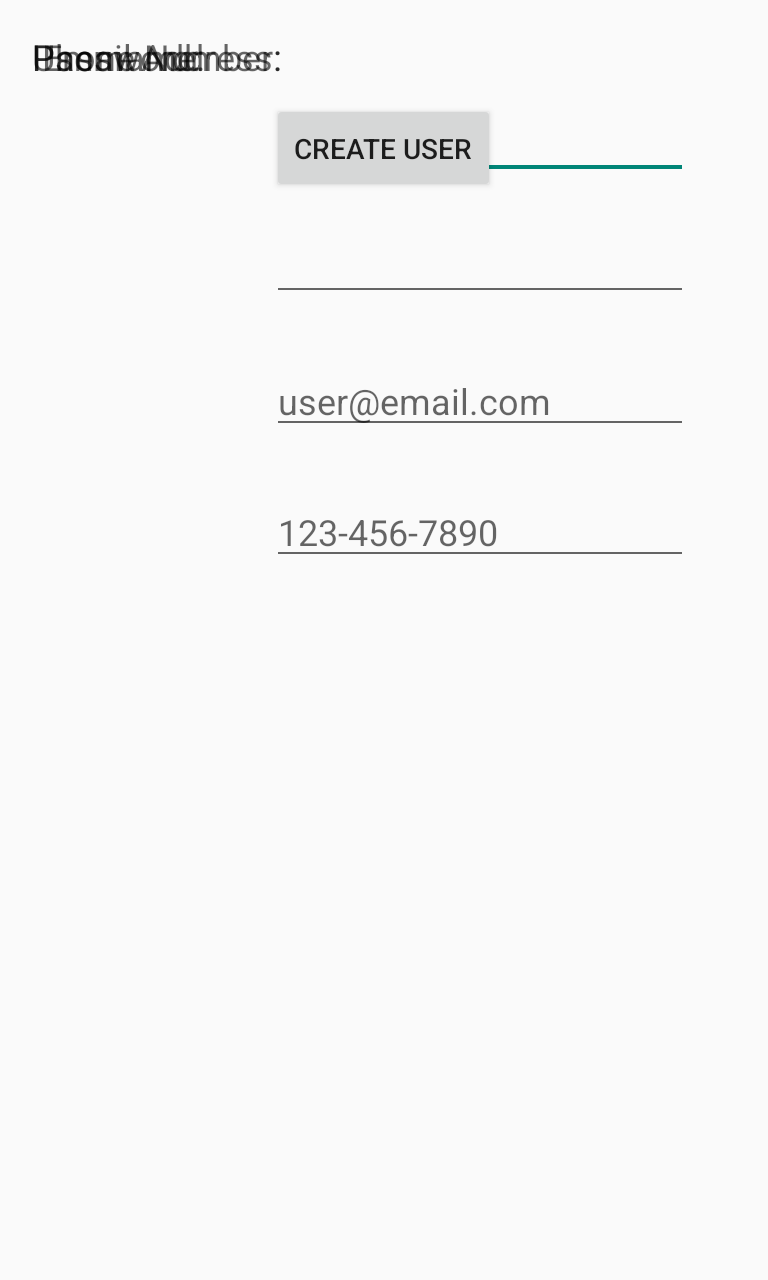
Repository: Sagarsaurus/Ecco
Layout: Ecco/res/layout/activity_create_user.xml
The author's editor kept a copy of each file at every save. The layout is drawn from the files as they stood at one save, then again after the next save.
It is drawn on a 768 x 1280 px phone screen (xhdpi) without system bars, with theme AppTheme; the app's code is not run.

Above is the layout before, as saved 2014-11-16 20:46:29.

After the next save:
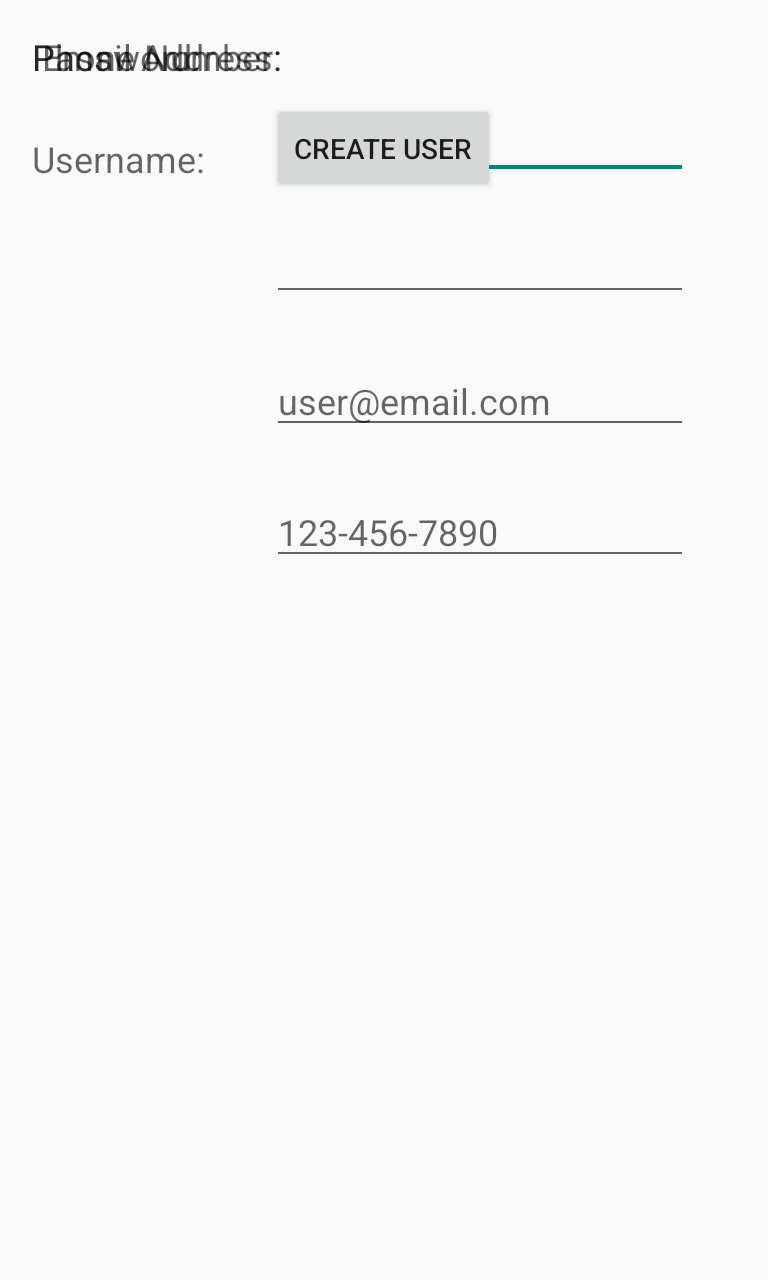
Saved 33 s later.
--- a/Ecco/res/layout/activity_create_user.xml
+++ b/Ecco/res/layout/activity_create_user.xml
@@ -67,7 +67,7 @@
         android:id="@+id/textView1"
         android:layout_width="wrap_content"
         android:layout_height="wrap_content"
-        android:layout_above="@+id/editText2"
+        android:layout_above="@+id/password"
         android:layout_alignParentLeft="true"
         android:text="Username:"
         android:textAppearance="?android:attr/textAppearanceMedium" />
